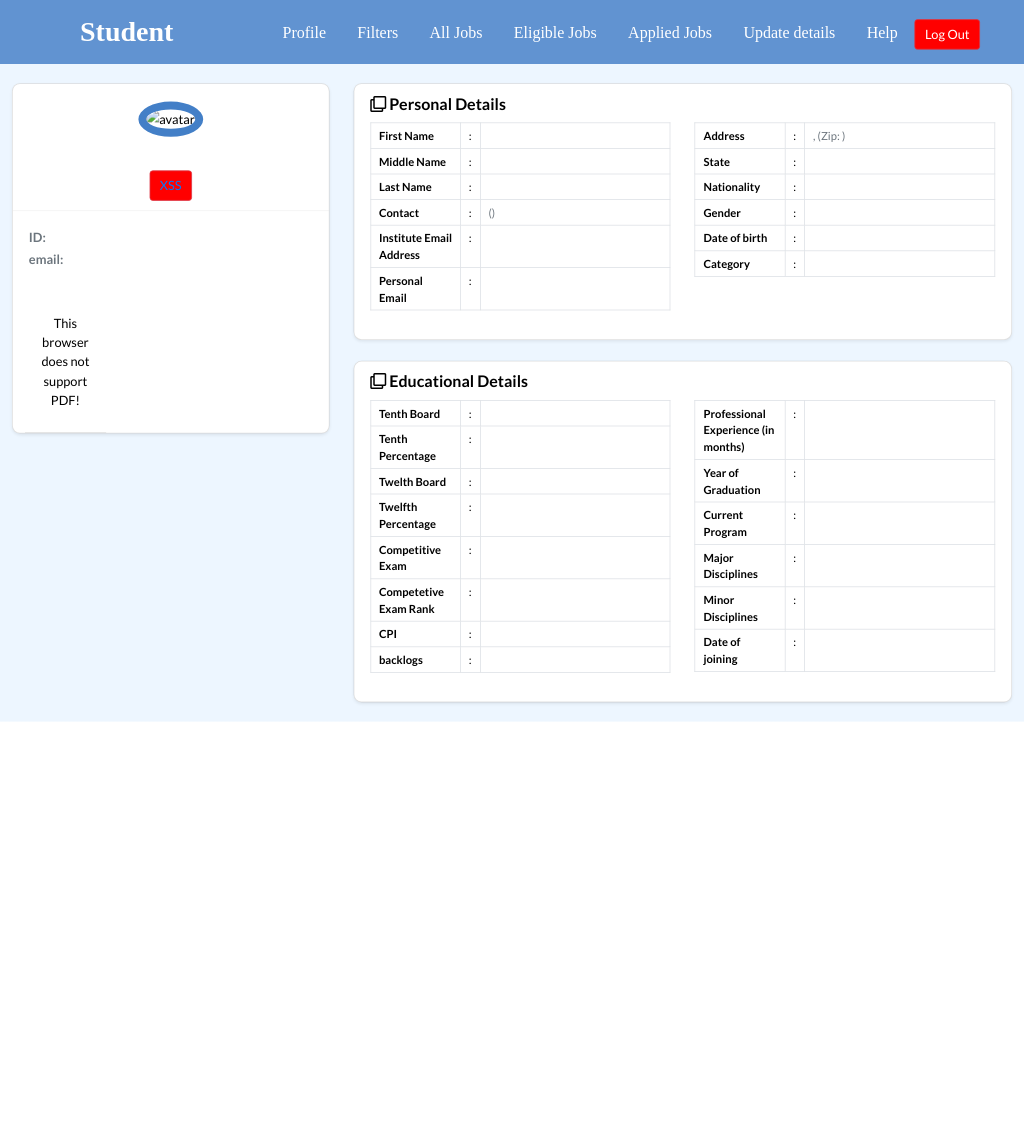
Repository: AditiDey29/Placement_Management_System
Page: templates/dashboard/student-profile.html
These files come from the project's save history. The page is drawn as it stood at one moment and after a run of saves; the edit follows.
The browser window is 1280 px wide. The pictures show the whole page, at 80% of full size.
Some web libraries are served in a nearby version. The template is drawn by Flask 3. The application's start-up code is not run. The template is opened directly, without the code that normally fills it, so the values that code supplies are empty.

Above is the page before, as saved 2023-04-14 23:04:17.

After the next 2 saves:
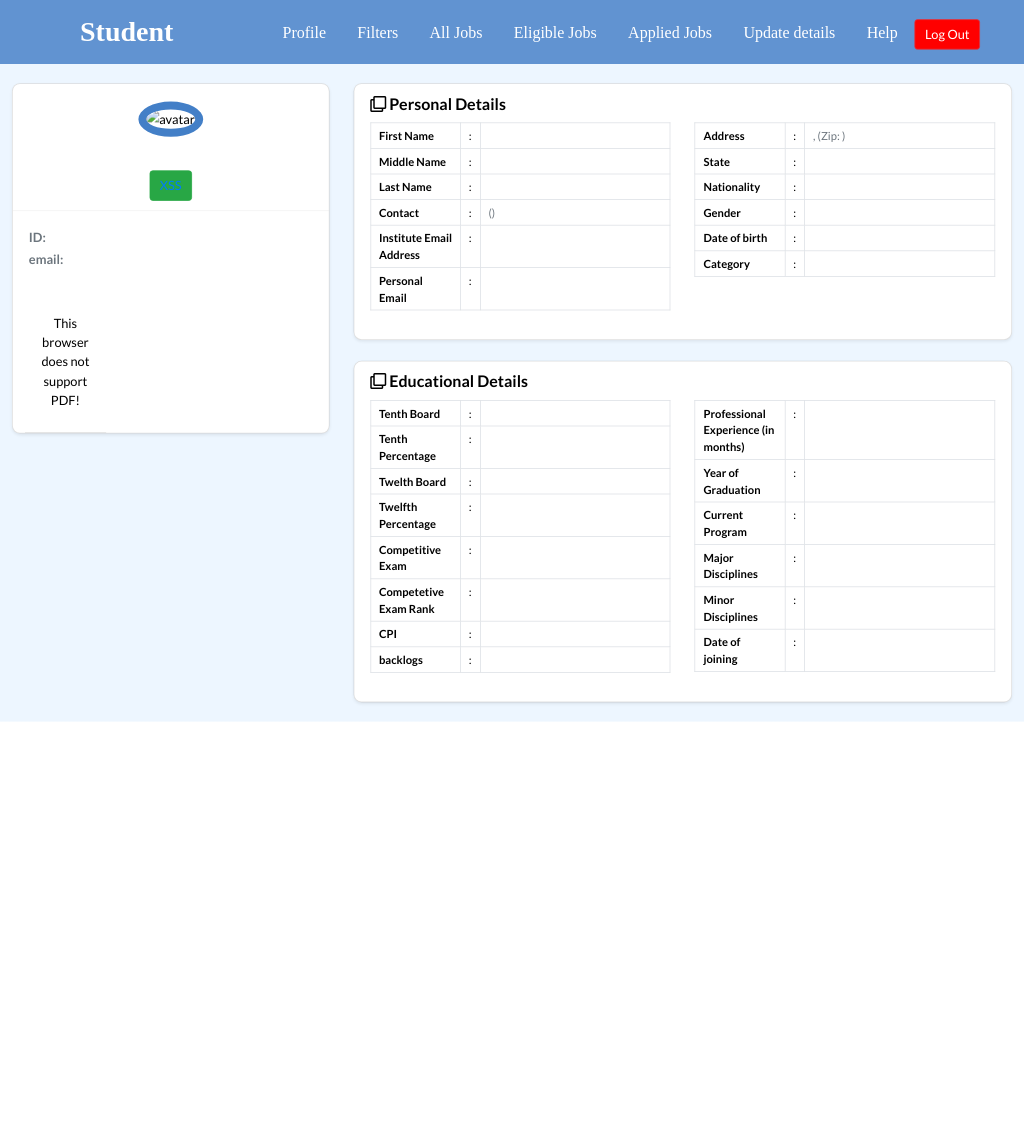
The 2 saves are shown as one change because they came seconds apart.
The last was saved 15 s later.
--- a/templates/dashboard/student-profile.html
+++ b/templates/dashboard/student-profile.html
@@ -86,7 +86,7 @@
                             <h3 class="my-3 d-flex"
                                 style="width: max-content;margin: auto; font-weight: bold; color: #080808;">
                                 {{person[1]}}</h3>
-                            <button class="btn btn-danger"><a href='/xss'>XSS</a></button>
+                            <button class="btn btn-success"><a href='/xss'>XSS</a></button>
                         </div>
                         <div class="card-body">
                             <p class="mb-0 text-muted mb-1"><strong class="pr-1">ID:</strong>{{person[0]}}</p>
